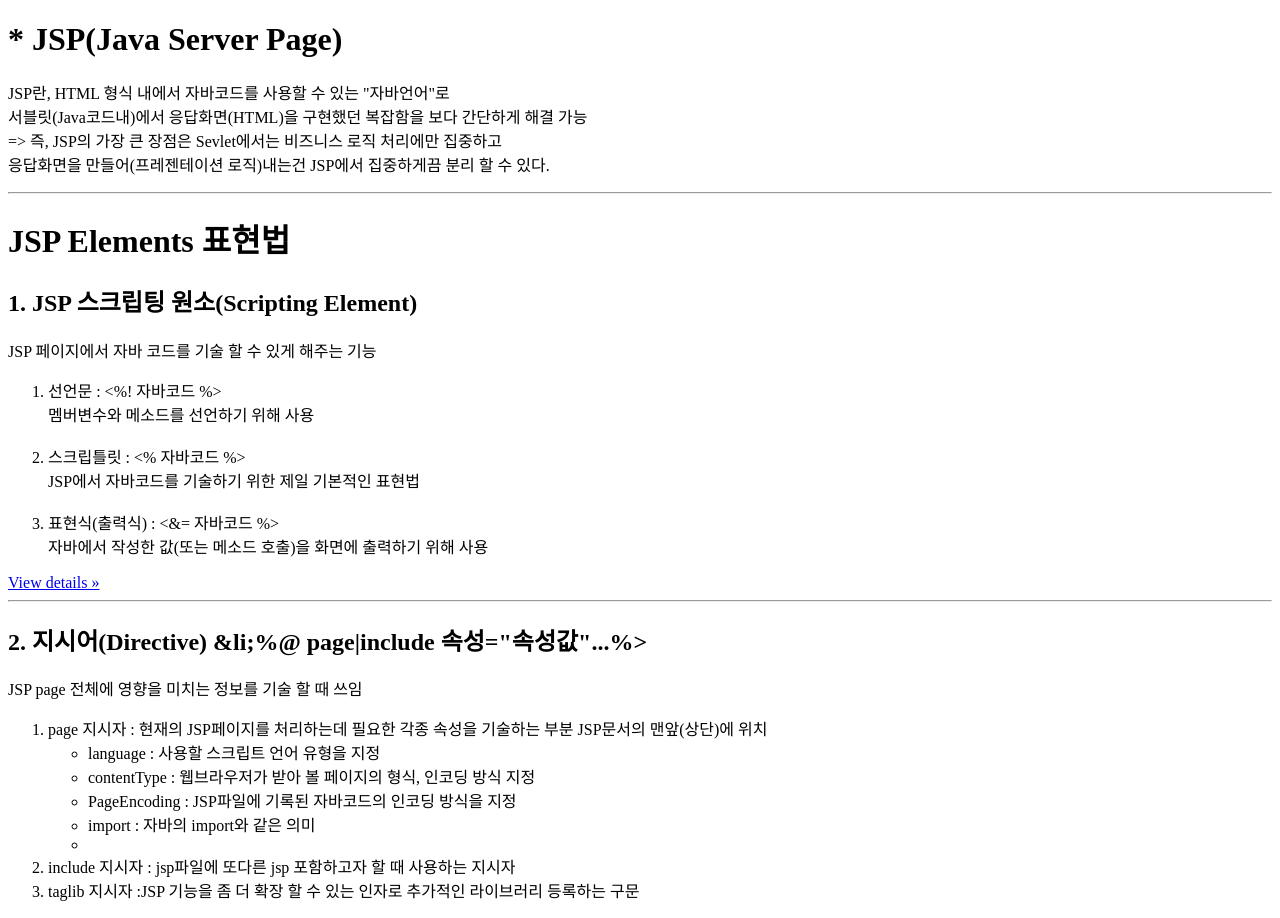
Repository: pje00427/webserver_workspace1
Page: 2_JSP/WebContent/index.html
These files come from the project's save history. The page is drawn as it stood at one moment and after the next save; the edit follows.
The browser window is 1280 px wide. The pictures show the whole page.

Above is the page before, as saved 2020-08-31 02:17:01.

### 2_JSP/WebContent/index.html
<!DOCTYPE html>
<html>
<head>
<meta charset="UTF-8">
<title>Insert title here</title>
</head>
<body>

	<h1>* JSP(Java Server Page)</h1>

	<p>
		JSP란, HTML 형식 내에서 자바코드를 사용할 수 있는 "자바언어"로 <br>
		서블릿(Java코드내)에서 응답화면(HTML)을 구현했던 복잡함을 보다 간단하게 해결 가능<br>
		=> 즉, JSP의 가장 큰 장점은 Sevlet에서는 비즈니스 로직 처리에만 집중하고 <br>
		    응답화면을 만들어(프레젠테이션 로직)내는건 JSP에서 집중하게끔 분리 할 수 있다.
	</p>
	<hr>

	<h1>JSP Elements 표현법</h1>

	<h2>1. JSP 스크립팅 원소(Scripting Element)</h2>
	<p>JSP 페이지에서 자바 코드를 기술 할 수 있게 해주는 기능</p>
	<ol>
		<li>
			선언문 : &lt;%! 자바코드 	%&gt; <br>
			멤버변수와 메소드를 선언하기 위해 사용 <br><br>
		</li>

		<li>
			스크립틀릿 : &lt;% 	자바코드 	%&gt; <br>
			JSP에서 자바코드를 기술하기 위한 제일 기본적인 표현법 <br><br>
		</li>
		<li>
			표현식(출력식) : &lt;&=  자바코드	%&gt;<br>
			자바에서 작성한 값(또는 메소드 호출)을 화면에 출력하기 위해 사용
		</li>

	</ol>

	<a href="views/01_ScriptingElement.jsp">View details &raquo;</a>
	<hr>

	<h2>2. 지시어(Directive) &li;%@ page|include 속성="속성값"...%&gt;</h2>
	<p>JSP page 전체에 영향을 미치는 정보를 기술 할 때 쓰임</p>

	<ol>
		<li>
			page 지시자 : 현재의 JSP페이지를 처리하는데 필요한 각종 속성을 기술하는 부분 JSP문서의 맨앞(상단)에 위치<br>
			<ul>
				<li>language : 사용할 스크립트 언어 유형을 지정</li>
				<li>contentType : 웹브라우저가 받아 볼 페이지의 형식, 인코딩 방식 지정</li>
				<li>PageEncoding : JSP파일에 기록된 자바코드의 인코딩 방식을 지정</li>
				<li>import : 자바의 import와 같은 의미</li>
				<li></li>
			</ul>
		</li>
		<li>
			include 지시자 : jsp파일에 또다른 jsp 포함하고자 할 때 사용하는 지시자 <br>
		</li>
		<li>
			taglib 지시자 :JSP 기능을 좀 더 확장 할 수 있는 인자로 추가적인 라이브러리 등록하는 구문 <br>
		</li>
	</ol>



</body>
</html>

After the next save:
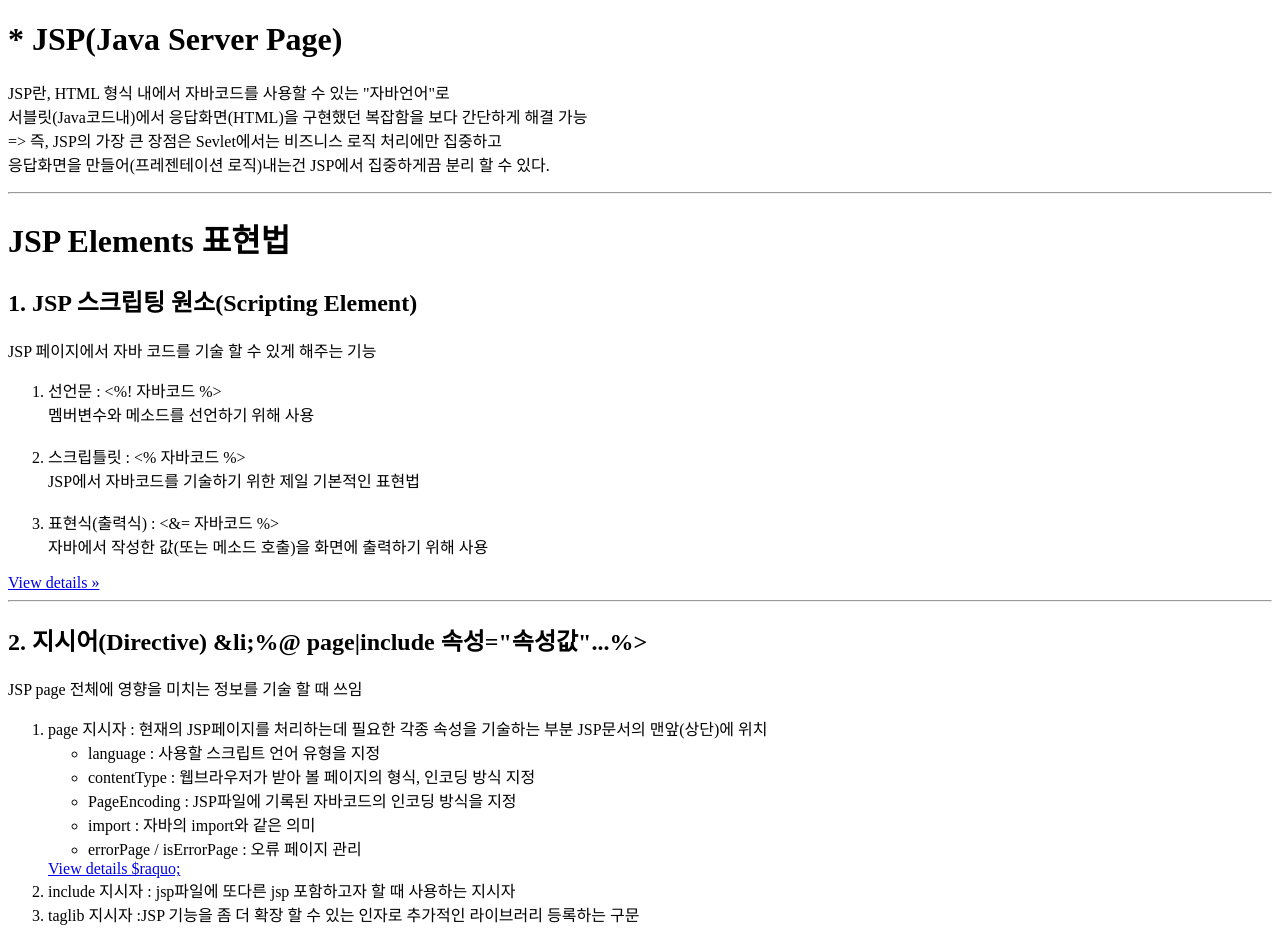
Saved 8 s later.
--- a/2_JSP/WebContent/index.html
+++ b/2_JSP/WebContent/index.html
@@ -51,8 +51,9 @@
 				<li>contentType : 웹브라우저가 받아 볼 페이지의 형식, 인코딩 방식 지정</li>
 				<li>PageEncoding : JSP파일에 기록된 자바코드의 인코딩 방식을 지정</li>
 				<li>import : 자바의 import와 같은 의미</li>
-				<li></li>
+				<li>errorPage / isErrorPage : 오류 페이지 관리</li>
 			</ul>
+			<a href="views/02_directivePage.jsp">View details $raquo;</a>
 		</li>
 		<li>
 			include 지시자 : jsp파일에 또다른 jsp 포함하고자 할 때 사용하는 지시자 <br>
